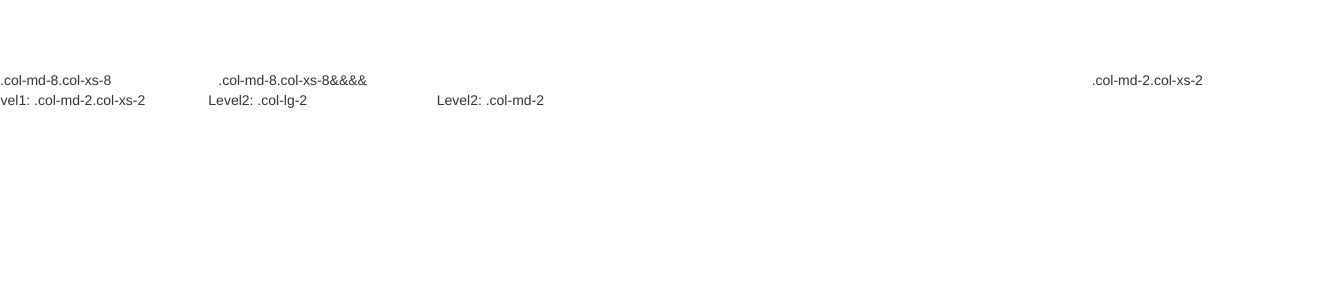
Repository: Echo-Jiang/Echo-Jiang.github.io
Page: test.3.html
The author's editor kept a record of every edit. The page is drawn from the files as they stood at one moment, then again after the next edit.
The browser window is 1280 px wide. The page is 1325 px wide, then 1310 px, so the pictures cover 1325 px, including what lies to the right of the window. The pictures show the whole page.

Above is the page before.

### test.3.html
<!DOCTYPE html>
<html lang="zh-CN">
  <head>
    <meta charset="utf-8">
    <meta http-equiv="X-UA-Compatible" content="IE=edge">
    <meta name="viewport" content="width=device-width, initial-scale=1">
    <!-- 上述3个meta标签*必须*放在最前面，任何其他内容都*必须*跟随其后！ -->
    <meta name="description" content="">
    <meta name="author" content="">
    <link rel="icon" href="../../favicon.ico">

    <title>Theme Template for Bootstrap</title>

    <!-- Bootstrap core CSS -->
    <link href="css/bootstrap.min.css" rel="stylesheet">
    <!-- Bootstrap theme -->
    <link href="css/bootstrap-theme.min.css" rel="stylesheet">

    <!-- Custom styles for this template -->
    <link href="theme.css" rel="stylesheet">

    <!-- HTML5 shim and Respond.js for IE8 support of HTML5 elements and media queries -->
    <!--[if lt IE 9]>
      <script src="https://cdn.bootcss.com/html5shiv/3.7.3/html5shiv.min.js"></script>
      <script src="https://cdn.bootcss.com/respond.js/1.4.2/respond.min.js"></script>
    <![endif]-->
  </head>

  <body>
    <div class="row">
      <div class="col-md-2 col-xs-8">.col-md-8.col-xs-8</div>
      <div class="col-md-8 col-xs-2">.col-md-8.col-xs-8&&&&</div>
      <div class="clearfix visible-xs-block"></div>
      <div class="col-md-2 col-xs-2">.col-md-2.col-xs-2</div>
        <div class="row">
          <div class="col-md-2 col-xs-2">Level1: .col-md-2.col-xs-2</div>
            <div class="row">
            <div class="col-lg-2">Level2: .col-lg-2</div>
            <div class="col-md-6">Level2: .col-md-2</div>
            </div>
        </div>
      </div>
    </div>

    <script src="js/jquery.min.js"></script>
    <script src="js/bootstrap.min.js"></script>
    <script src="js/docs.min.js"></script>

  </body>
</html>

Loaded but not shown: css/bootstrap.min.css (library); css/bootstrap-theme.min.css (library); css/theme.css (common file); js/jquery.min.js (library); js/bootstrap.min.js (library); js/docs.min.js (library)

After the next edit:
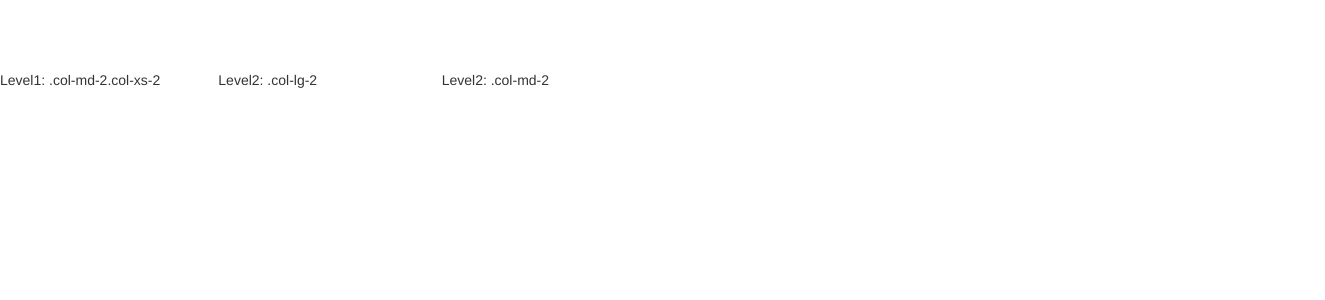
The edit:
--- a/test.3.html
+++ b/test.3.html
@@ -27,11 +27,7 @@
   </head>
 
   <body>
-    <div class="row">
-      <div class="col-md-2 col-xs-8">.col-md-8.col-xs-8</div>
-      <div class="col-md-8 col-xs-2">.col-md-8.col-xs-8&&&&</div>
-      <div class="clearfix visible-xs-block"></div>
-      <div class="col-md-2 col-xs-2">.col-md-2.col-xs-2</div>
+
         <div class="row">
           <div class="col-md-2 col-xs-2">Level1: .col-md-2.col-xs-2</div>
             <div class="row">
